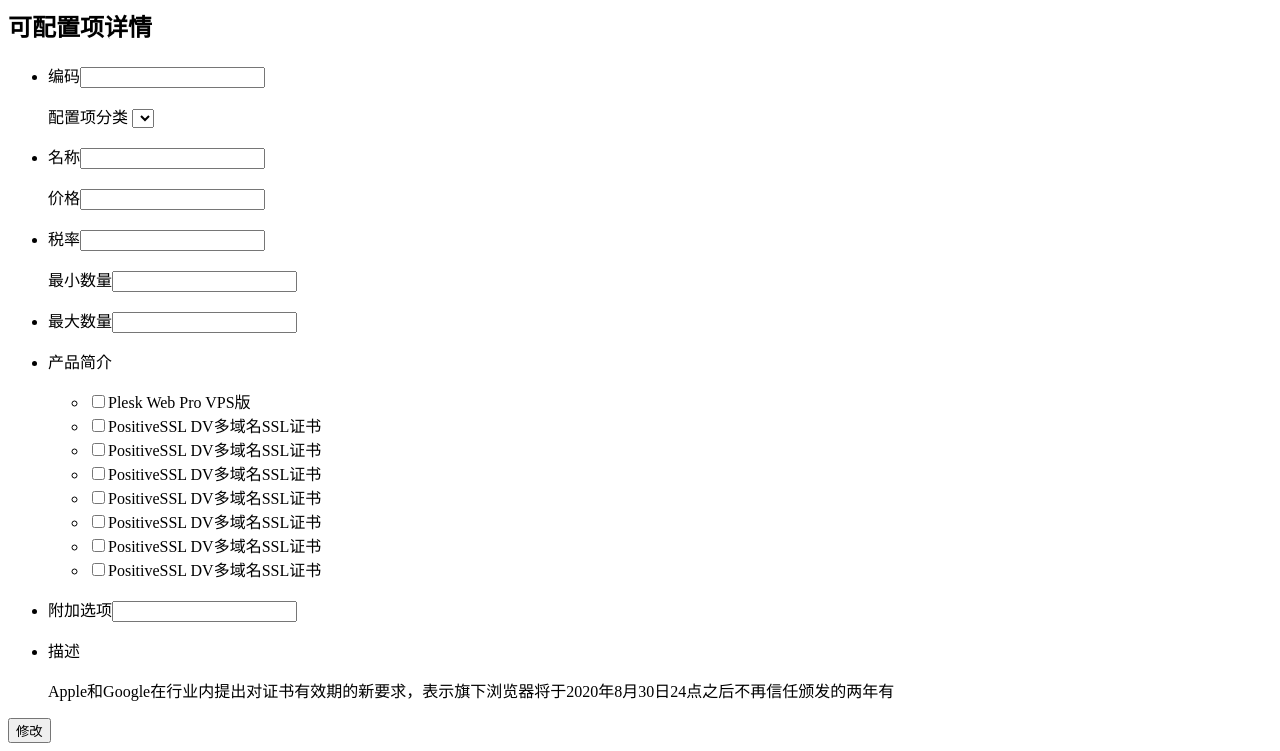
Repository: wangyan466393/racentSystem
Page: configurableDetail.html
The author's editor kept a copy of each file at every save. The page is drawn from the files as they stood at one save, then again after the next save.
The browser window is 1280 px wide. The pictures show the whole page.

Above is the page before, as saved 2020-08-12 15:17:24.

### configurableDetail.html
<div id="content_box">
    <h2>可配置项详情</h2>
<div class="config_box">
    <div class="config_content">
        <ul>
            <li>

                <p>
                    <span>编码</span><input type="text" class="config_inp">
                </p>
                <p>
                    <span>配置项分类</span>
                    <select name="" id="" class="config_inp">
                        <option value=""></option>
                    </select>
                </p>
            </li>
            <li>

                <p>
                    <span>名称</span><input type="text" class="config_inp">
                </p>
                <p>
                    <span>价格</span><input type="number" class="config_inp">
                </p>
            </li>
            <li>

                <p>
                    <span>税率</span><input type="number" class="config_inp">
                </p>
                <p>
                    <span>最小数量</span><input type="number" class="config_inp">
                </p>
            </li>
            <li>

                <p>
                    <span>最大数量</span><input type="number" class="config_inp">
                </p>
            </li>
            <li>
               <p> <span>产品简介</span></p>
               <div class="intro_box">


                <ul class="intro">
                    <li>
                        <input type="checkbox"><label for="">Plesk Web Pro VPS版</label>
                    </li>
                    <li>
                        <input type="checkbox"><label for="">PositiveSSL DV多域名SSL证书</label>
                    </li>
                    <li>
                        <input type="checkbox"><label for="">PositiveSSL DV多域名SSL证书</label>
                    </li>
                    <li>
                        <input type="checkbox"><label for="">PositiveSSL DV多域名SSL证书</label>
                    </li>
                    <li>
                        <input type="checkbox"><label for="">PositiveSSL DV多域名SSL证书</label>
                    </li>
                    <li>
                        <input type="checkbox"><label for="">PositiveSSL DV多域名SSL证书</label>
                    </li>
                    <li>
                        <input type="checkbox"><label for="">PositiveSSL DV多域名SSL证书</label>
                    </li>
                    <li>
                        <input type="checkbox"><label for="">PositiveSSL DV多域名SSL证书</label>
                    </li>
                </ul>
            </div>
            </li>
            <li>
                <p>
                    <span>附加选项</span><input type="text" class="config_inp">
                </p>

            </li>
            <li>
               <p> <span>描述</span></p>
                <div class="e_content" style="width: 100%;">
                    <p>
                        Apple和Google在行业内提出对证书有效期的新要求，表示旗下浏览器将于2020年8月30日24点之后不再信任颁发的两年有
                    </p>
                </div>
            </li>

        </ul>
    </div>
</div>
</div>
<div class="email_back_btn">
    <button type="button">修改</button>
</div>

<script src="js/jquery-1.11.3.js"></script>
<script>
    getProductListsData();
    function getProductListsData() {
        var tableInfo = ""
        for (var i = 0; i < 15; i++) {    //遍历Table的所有Row
            tableInfo += `
            <li>
                <input type="checkbox"><label for="">PositiveSSL DV多域名SSL证书</label>
            </li>
            `
        }
        $(".right_content .intro").append(tableInfo)
    }
</script>

Loaded but not shown: js/jquery-1.11.3.js (library)

After the next save:
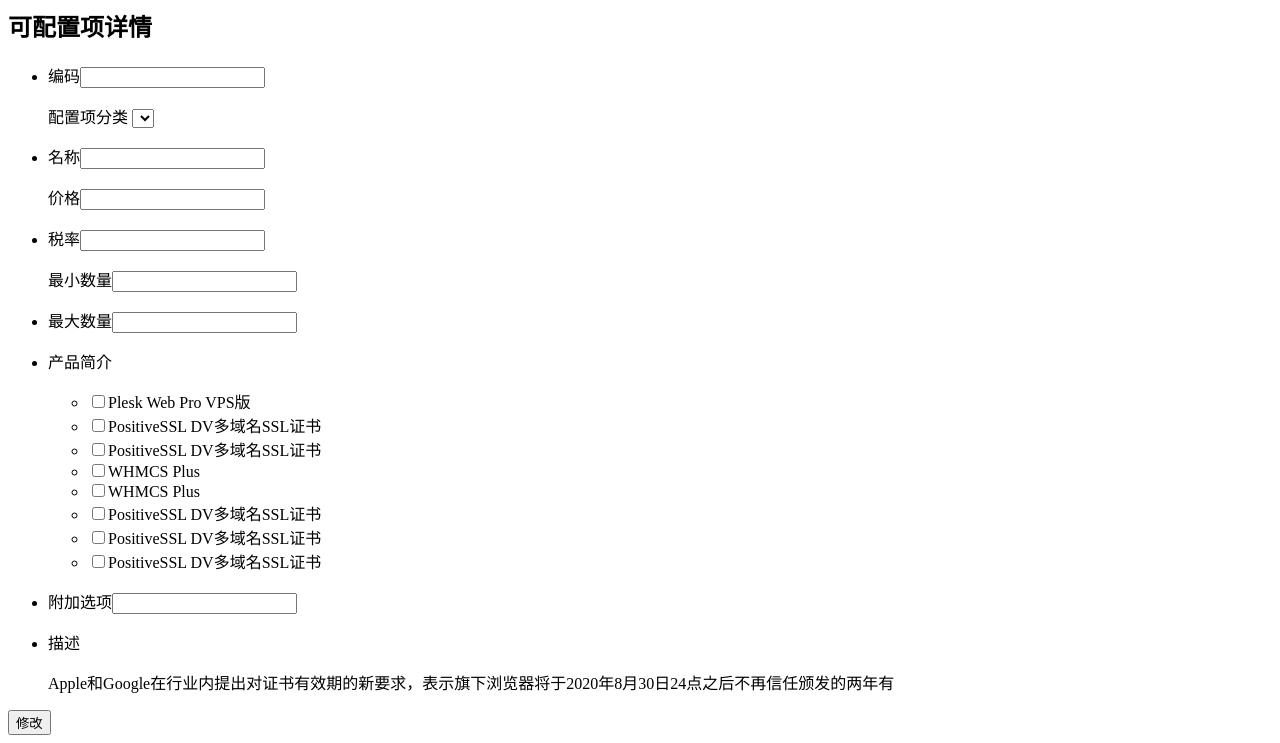
Saved 67 s later.
--- a/configurableDetail.html
+++ b/configurableDetail.html
@@ -55,10 +55,10 @@
                         <input type="checkbox"><label for="">PositiveSSL DV多域名SSL证书</label>
                     </li>
                     <li>
-                        <input type="checkbox"><label for="">PositiveSSL DV多域名SSL证书</label>
+                        <input type="checkbox"><label for="">WHMCS Plus</label>
                     </li>
                     <li>
-                        <input type="checkbox"><label for="">PositiveSSL DV多域名SSL证书</label>
+                        <input type="checkbox"><label for="">WHMCS Plus</label>
                     </li>
                     <li>
                         <input type="checkbox"><label for="">PositiveSSL DV多域名SSL证书</label>
